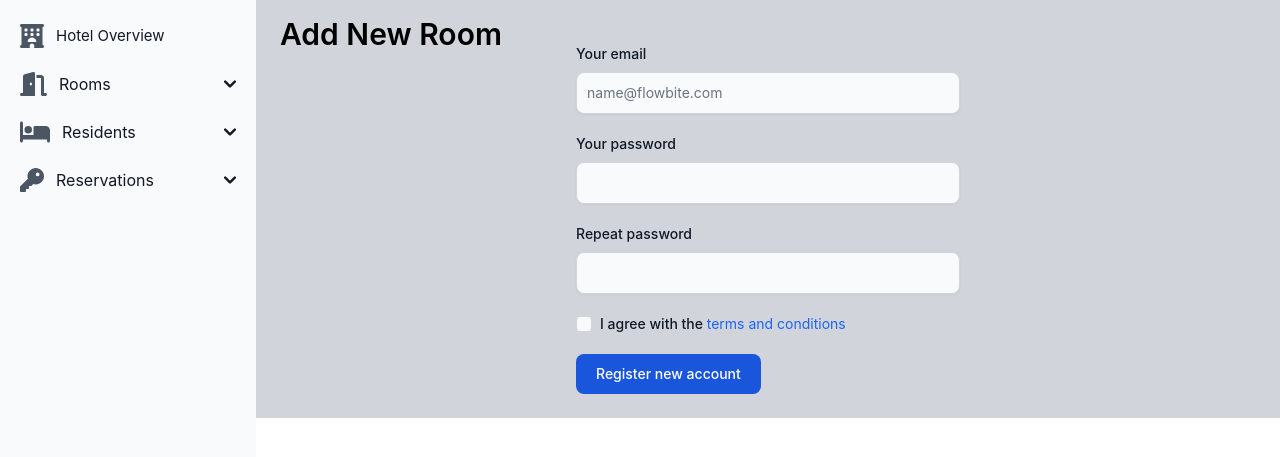
Repository: aggepap/hotelReservationsProj
Page: /rooms/add (app in admin-panel/)
An editor plug-in stored every save of this project. The page is shown before and after the next save, followed by the edit.
The browser window is 1280 px wide. The pictures show the whole page.
The project was rebuilt for these pictures with package versions that can differ from the ones it lists, and the page was loaded fresh each time. Also part of the build but not shown: admin-panel/vite.config.ts, admin-panel/src/views/HomeView.vue.

Above is the page before, as saved 2025-01-19 15:51:41.

After the next save:
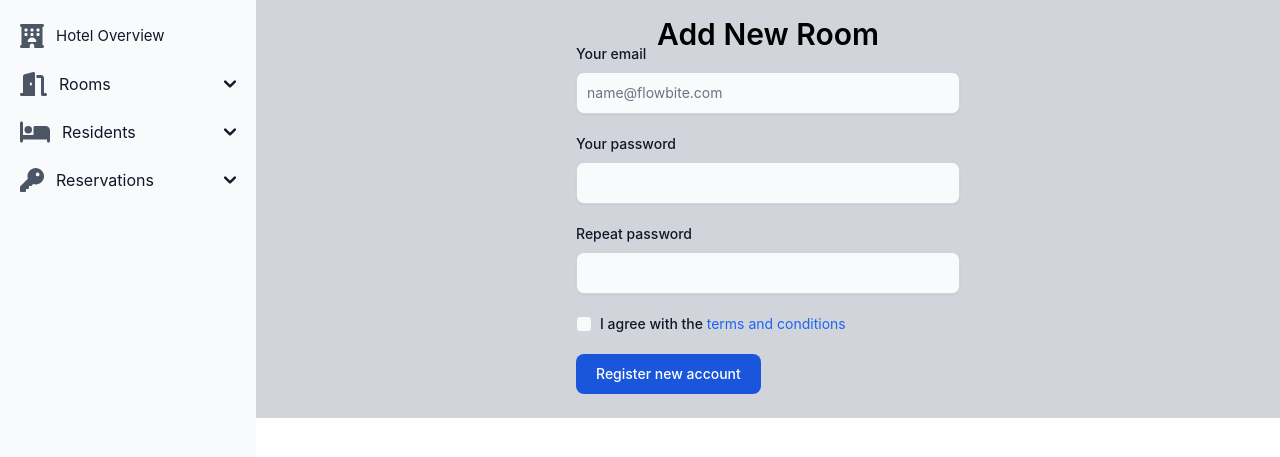
Saved 22 s later.
--- a/admin-panel/src/views/roomviews/AddRoomView.vue
+++ b/admin-panel/src/views/roomviews/AddRoomView.vue
@@ -1,7 +1,7 @@
 <script setup></script>
 
 <template>
-  <h2 class="text-black text-3xl mx-auto leading-5 font-semibold">
+  <h2 class="text-black text-3xl text-center leading-5 font-semibold">
     Add New Room
   </h2>
   <form class="max-w-sm mx-auto">
